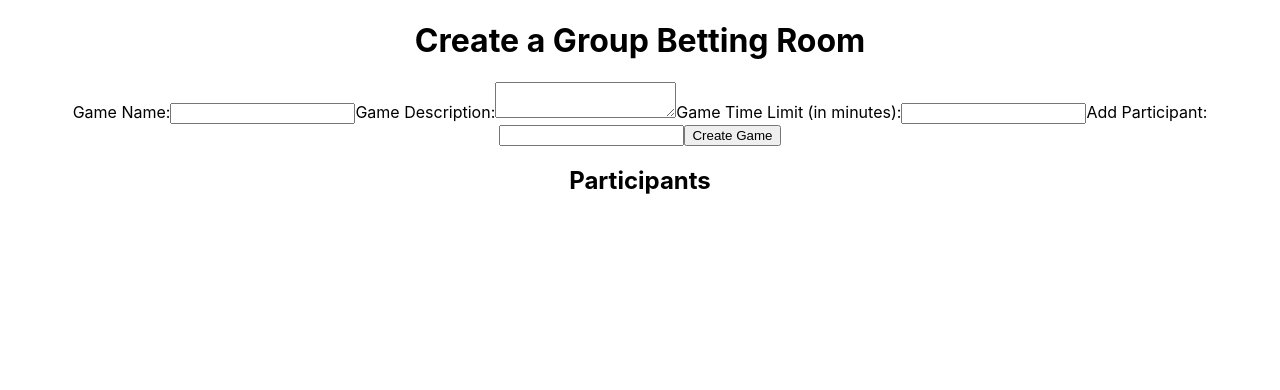
Repository: cis350/team_14_cis_3500_project_repo
Page: /create-room (app in frontend/shakeonit/)
The author's editor kept a copy of each file at every save. The page is drawn from the files as they stood at one save, then again after the next save.
The browser window is 1280 px wide. The pictures show the whole page.
Pictures or frames that could not be fetched are drawn as grey boxes. The project was rebuilt for these pictures with package versions that can differ from the ones it lists, and the page was loaded fresh each time.

Above is the page before, as saved 2024-04-24 23:56:43.

After the next save:
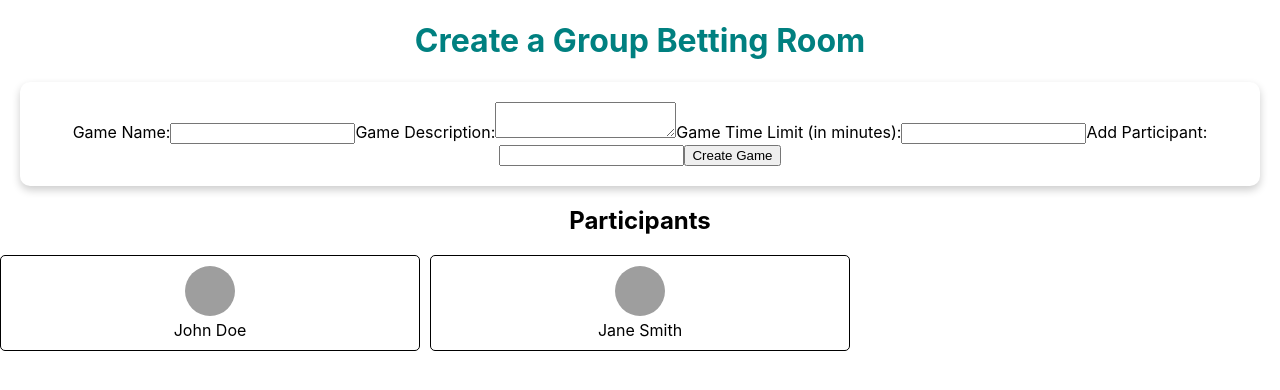
Saved 5 min 7 s later.
--- a/frontend/shakeonit/src/CreateBettingRoom.js
+++ b/frontend/shakeonit/src/CreateBettingRoom.js
@@ -3,70 +3,77 @@ import React, { useState } from 'react';
 function CreateBettingRoom() {
     const [gameName, setGameName] = useState('');
     const [gameDescription, setGameDescription] = useState('');
-    const [participants, setParticipants] = useState([]);
+    const [participants, setParticipants] = useState([
+        { name: "John Doe", img: "https://placekitten.com/100/100" },
+        { name: "Jane Smith", img: "https://placekitten.com/101/101" }
+    ]);
     const [gameTimeLimit, setGameTimeLimit] = useState('');
 
-    const handleAddParticipant = (participant) => {
-        setParticipants(prev => [...prev, participant]);
+    const handleAddParticipant = (name) => {
+        const img = `https://placekitten.com/${Math.floor(100 + Math.random() * 10)}/${Math.floor(100 + Math.random() * 10)}`;
+        setParticipants(prev => [...prev, { name, img }]);
     }
 
     const handleSubmit = (event) => {
         event.preventDefault();
         console.log('Game Created:', { gameName, gameDescription, participants, gameTimeLimit });
-        // make backend call here
+        // You might want to send this data to your backend server here
     }
 
     return (
         <div>
-            <h1>Create a Group Betting Room</h1>
-            <form onSubmit={handleSubmit}>
-                <label>
-                    Game Name:
-                    <input
-                        type="text"
-                        value={gameName}
-                        onChange={e => setGameName(e.target.value)}
-                        required
-                    />
-                </label>
-                <label>
-                    Game Description:
-                    <textarea
-                        value={gameDescription}
-                        onChange={e => setGameDescription(e.target.value)}
-                        required
-                    />
-                </label>
-                <label>
-                    Game Time Limit (in minutes):
-                    <input
-                        type="number"
-                        value={gameTimeLimit}
-                        onChange={e => setGameTimeLimit(e.target.value)}
-                        required
-                    />
-                </label>
-                <label>
-                    Add Participant:
-                    <input
-                        type="text"
-                        onKeyDown={e => {
-                            if (e.key === 'Enter') {
-                                e.preventDefault();
-                                handleAddParticipant(e.target.value);
-                                e.target.value = ''; // Clear the input after adding
-                            }
-                        }}
-                    />
-                </label>
-                <button type="submit">Create Game</button>
-            </form>
+            <h1 style={{ color: 'teal' }}>Create a Group Betting Room</h1>
+            <div style={{ margin: '20px', padding: '20px', boxShadow: '0 4px 8px 0 rgba(0,0,0,0.2)', borderRadius: '10px', backgroundColor: '#fff' }}>
+                <form onSubmit={handleSubmit}>
+                    <label>
+                        Game Name:
+                        <input
+                            type="text"
+                            value={gameName}
+                            onChange={e => setGameName(e.target.value)}
+                            required
+                        />
+                    </label>
+                    <label>
+                        Game Description:
+                        <textarea
+                            value={gameDescription}
+                            onChange={e => setGameDescription(e.target.value)}
+                            required
+                        />
+                    </label>
+                    <label>
+                        Game Time Limit (in minutes):
+                        <input
+                            type="number"
+                            value={gameTimeLimit}
+                            onChange={e => setGameTimeLimit(e.target.value)}
+                            required
+                        />
+                    </label>
+                    <label>
+                        Add Participant:
+                        <input
+                            type="text"
+                            onKeyDown={e => {
+                                if (e.key === 'Enter') {
+                                    e.preventDefault();
+                                    handleAddParticipant(e.target.value);
+                                    e.target.value = ''; // Clear the input after adding
+                                }
+                            }}
+                        />
+                    </label>
+                    <button type="submit">Create Game</button>
+                </form>
+            </div>
 
             <h2>Participants</h2>
             <div style={{ display: 'grid', gridTemplateColumns: 'repeat(3, 1fr)', gap: '10px' }}>
                 {participants.map((participant, index) => (
-                    <div key={index} style={{ padding: '10px', border: '1px solid black' }}>
-                        {participant}
+                    <div key={index} style={{ padding: '10px', border: '1px solid black', borderRadius: '5px', textAlign: 'center' }}>
+                        <img src={participant.img} alt="Participant" style={{ width: '50px', height: '50px', borderRadius: '50%' }} />
+                        <div>{participant.name}</div>
                     </div>
                 ))}
             </div>
